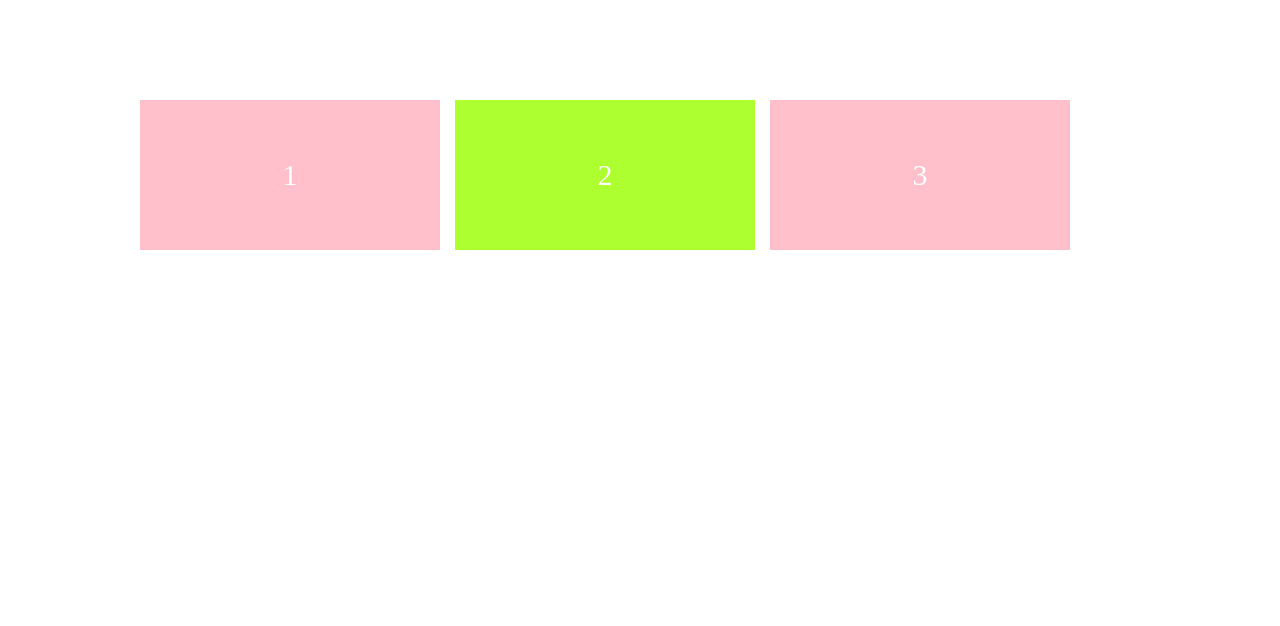
Repository: Germtao/Web
Page: web_css/css3_动画.html
An editor plug-in stored every save of this project. The page is shown before and after the next save, followed by the edit.
The browser window is 1280 px wide. The pictures show the whole page.

Above is the page before, as saved 2020-11-03 11:18:27.

After the next save:
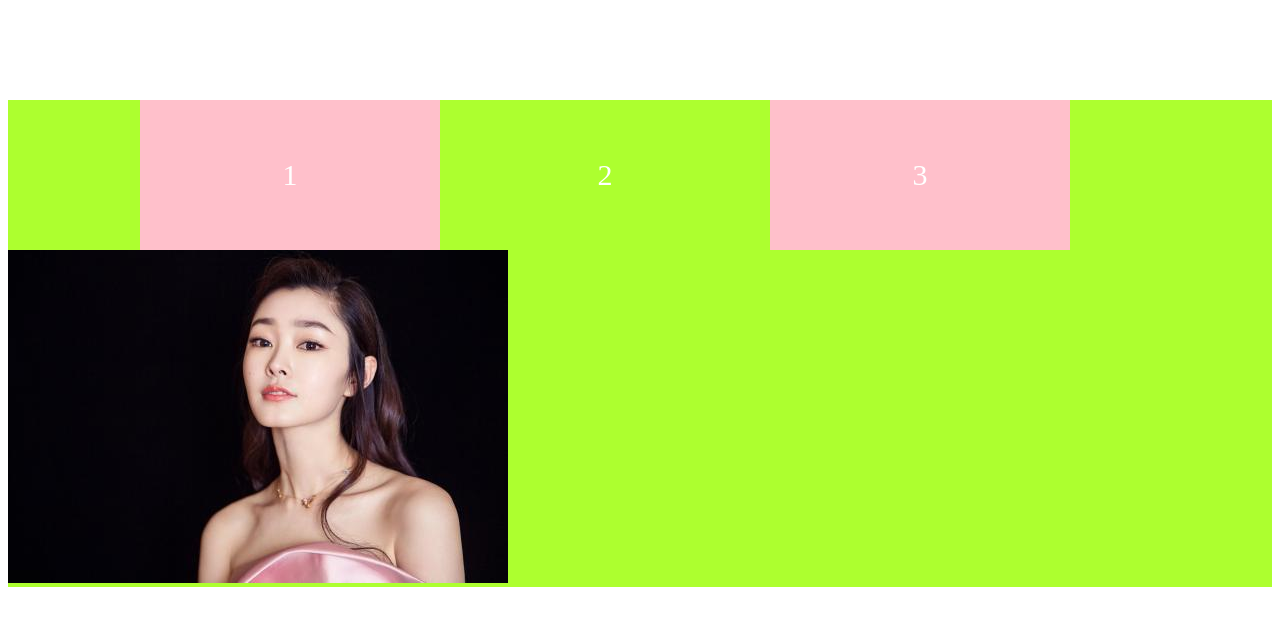
Saved 2 h 34 min later.
--- a/web_css/css3_动画.html
+++ b/web_css/css3_动画.html
@@ -159,6 +159,9 @@
   </div>
 
   <!-- 3D 转换 -->
+  <div class="rotateX">
+    <img src="img/宋轶.jpeg" alt="">
+  </div>
 </body>
 
 </html>
